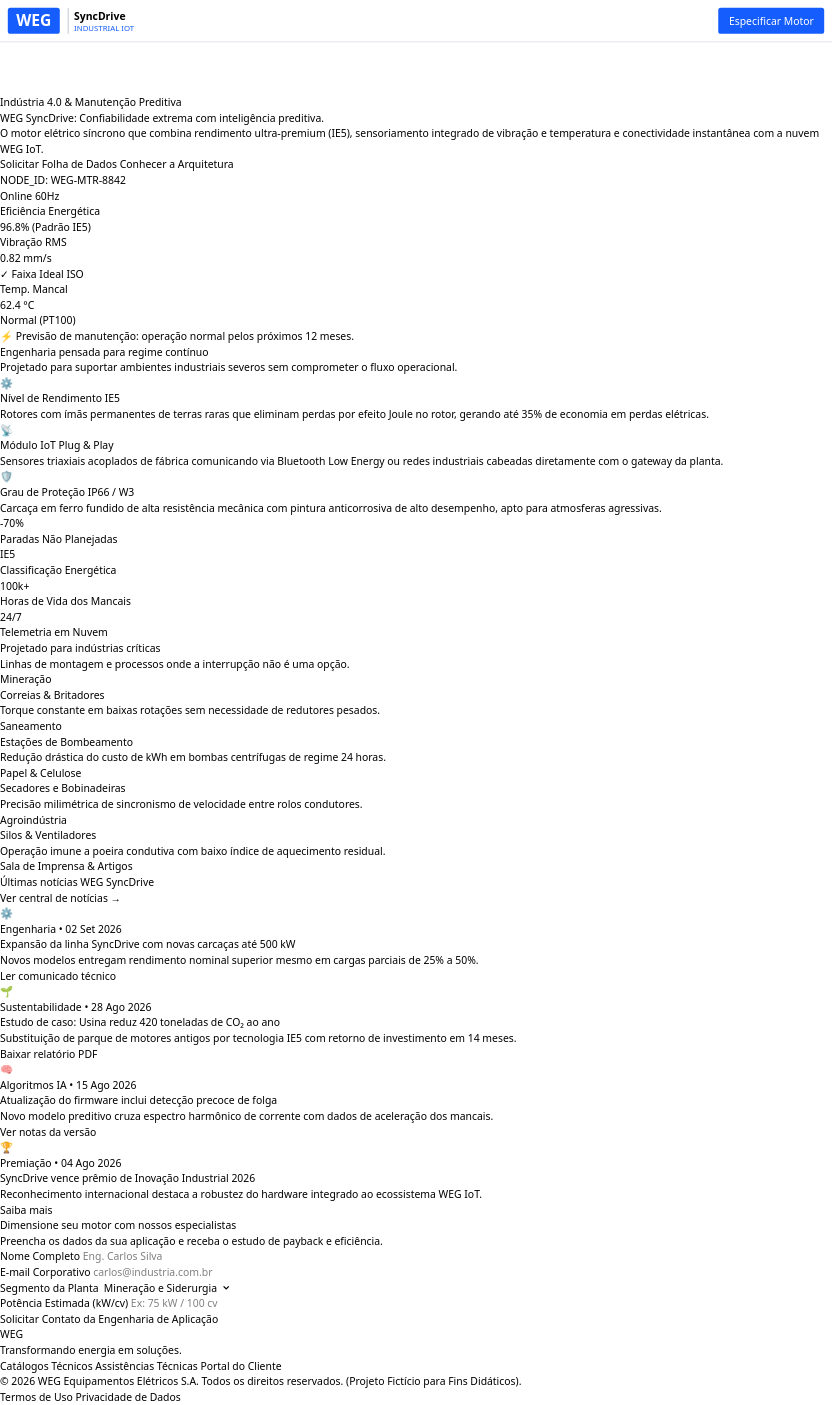
Repository: camilewng/Exercicio-Tailwind
Page: index.html
An editor plug-in stored every save of this project. The page is shown before and after the next save, followed by the edit.
The browser window is 1280 px wide. The pictures show the whole page, at 65% of full size.

Above is the page before, as saved 2026-09-08 19:03:31.

After the next save:
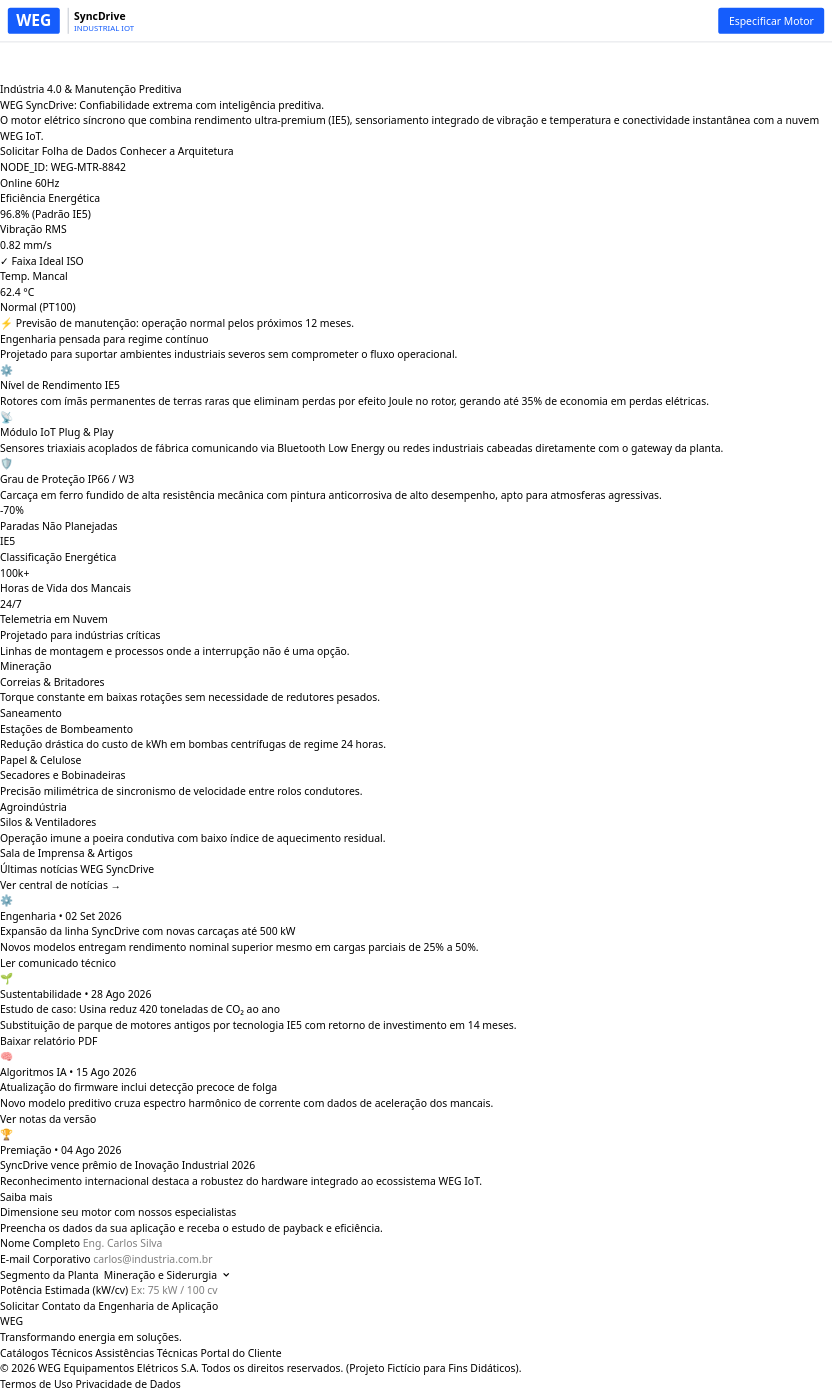
Saved 5 s later.
--- a/index.html
+++ b/index.html
@@ -16,7 +16,7 @@
        - Menu oculto em telas pequenas e visível em lg:.
   =========================================== -->
   <header>
-    <div class="flex flex-row justify-between border-b border-gray-300 mb-20">
+    <div class="flex flex-row justify-between border-b border-gray-300 mb-15">
       <div class="flex">
         <div class="bg-blue-600 text-white text-2xl font-black w-20 h-10 text-center pt-0.75 rounded-sm m-3">
           WEG
